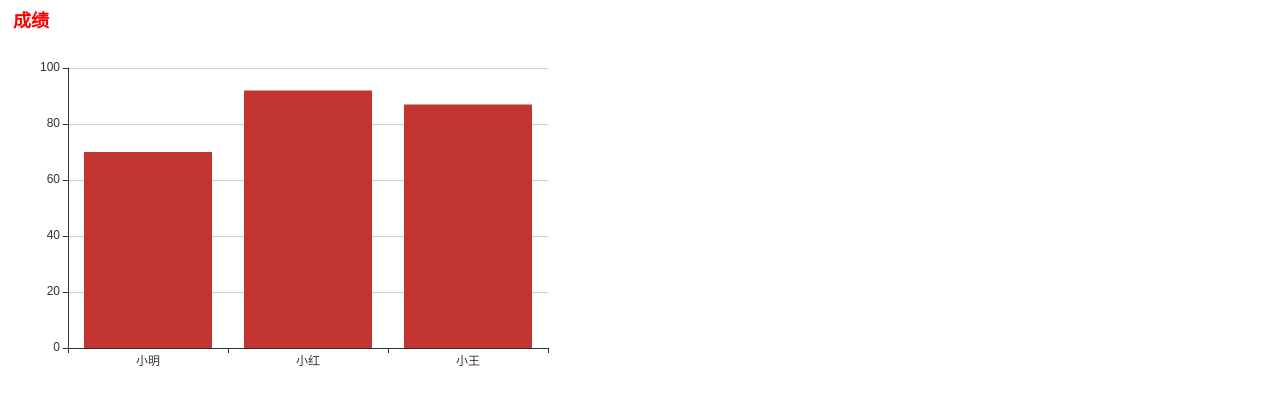
Repository: 572031690/echartssimple
Page: 02.配置项的讲解和使用.html
These files come from the project's save history. The page is drawn as it stood at one moment and after the next save; the edit follows.
The browser window is 1280 px wide. The pictures show the whole page.

Above is the page before, as saved 2021-08-02 17:05:43.

### 02.配置项的讲解和使用.html
<!DOCTYPE html>
<html lang="en">

<head>
  <meta charset="UTF-8">
  <meta name="viewport" content="width=device-width, initial-scale=1.0">
  <meta http-equiv="X-UA-Compatible" content="ie=edge">
  <title>Document</title>
  <!-- 步骤1：引入echarts.js文件 -->
  <script src="lib/echarts.min.js"></script>
</head>

<body>
  <!-- 步骤2：准备一个呈现图表的盒子 -->
  <div style="width: 600px;height: 400px"></div>
  <script>
    // 步骤3：初始化echarts实例对象
    // 参数, dom,决定图表最终呈现的位置
    var mCharts = echarts.init(document.querySelector('div'))
    // 步骤4：准备配置项
    var option = {
      title: {
        text: '成绩', // 标题文字
        link: 'http://www.itcast.cn', // 标题超链接
        textStyle: { // 标题样式设置
          color: 'red' // 标题文字
        }
      },
      xAxis: {
        type: 'category',  // 指明x轴为 类目轴
        data: ['小明', '小红', '小王'] // 为类目轴提供数据, 该数据是一个数组, 数组中的每个元素会呈现在x轴上
      },
      yAxis: {
        type: 'value'  // 指明x轴为 数值轴, 指明数值轴之后, 无需指定data
      },
      series: [
        {
          emphasis: {
        color: 'blue'
      },
          name: '语文', // 为图标起一个名称
          type: 'bar', // 指明该图标类型为 柱状图
          data: [70, 92, 87] // 为x轴的每一个元素, 指明呈现在y轴的数值
        }
      ]
    }
    // 步骤5：将配置项设置给echarts实例对象
    mCharts.setOption(option)
  </script>
</body>

</html>

Loaded but not shown: lib/echarts.min.js (library)

After the next save:
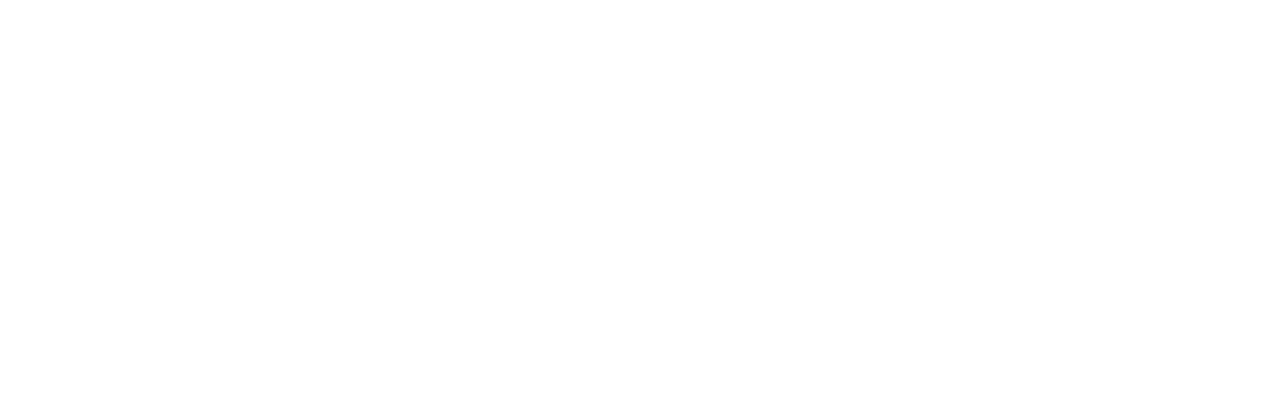
Console error: SyntaxError: Unexpected token ':'
Saved 95 s later.
--- a/02.配置项的讲解和使用.html
+++ b/02.配置项的讲解和使用.html
@@ -34,10 +34,15 @@
         type: 'value'  // 指明x轴为 数值轴, 指明数值轴之后, 无需指定data
       },
       series: [
-        {
-          emphasis: {
-        color: 'blue'
-      },
+      itemStyle: {
+                    normal: { /
+                        color:  'red',
+                    },
+                    emphasis: {
+                        color:  'red',
+                    }
+                },
+
           name: '语文', // 为图标起一个名称
           type: 'bar', // 指明该图标类型为 柱状图
           data: [70, 92, 87] // 为x轴的每一个元素, 指明呈现在y轴的数值

After the save that followed:
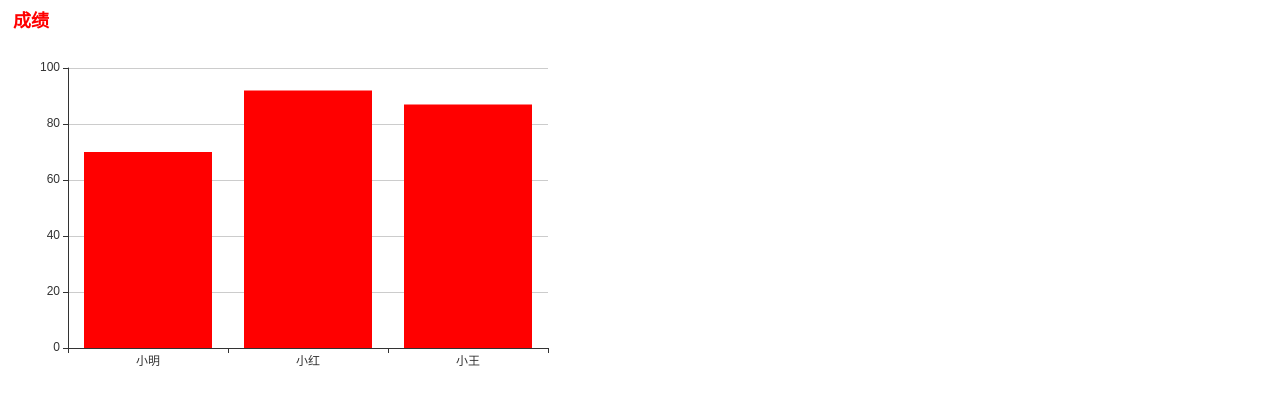
The error is gone.
Saved 24 s later.
--- a/02.配置项的讲解和使用.html
+++ b/02.配置项的讲解和使用.html
@@ -1,57 +1,56 @@
 <!DOCTYPE html>
 <html lang="en">
+  <head>
+    <meta charset="UTF-8" />
+    <meta name="viewport" content="width=device-width, initial-scale=1.0" />
+    <meta http-equiv="X-UA-Compatible" content="ie=edge" />
+    <title>Document</title>
+    <!-- 步骤1：引入echarts.js文件 -->
+    <script src="lib/echarts.min.js"></script>
+  </head>
 
-<head>
-  <meta charset="UTF-8">
-  <meta name="viewport" content="width=device-width, initial-scale=1.0">
-  <meta http-equiv="X-UA-Compatible" content="ie=edge">
-  <title>Document</title>
-  <!-- 步骤1：引入echarts.js文件 -->
-  <script src="lib/echarts.min.js"></script>
-</head>
+  <body>
+    <!-- 步骤2：准备一个呈现图表的盒子 -->
+    <div style="width: 600px; height: 400px"></div>
+    <script>
+      // 步骤3：初始化echarts实例对象
+      // 参数, dom,决定图表最终呈现的位置
+      var mCharts = echarts.init(document.querySelector('div'))
+      // 步骤4：准备配置项
+      var option = {
+        title: {
+          text: '成绩', // 标题文字
+          link: 'http://www.itcast.cn', // 标题超链接
+          textStyle: { // 标题样式设置
+            color: 'red' // 标题文字
+          }
+        },
+        xAxis: {
+          type: 'category',  // 指明x轴为 类目轴
+          data: ['小明', '小红', '小王'] // 为类目轴提供数据, 该数据是一个数组, 数组中的每个元素会呈现在x轴上
+        },
+        yAxis: {
+          type: 'value'  // 指明x轴为 数值轴, 指明数值轴之后, 无需指定data
+        },
+        series: [
+          {
+        itemStyle: {
+                      normal: {
+                          color:  'red',
+                      },
+                      emphasis: {
+                          color:  'red',
+                      }
+                  },
 
-<body>
-  <!-- 步骤2：准备一个呈现图表的盒子 -->
-  <div style="width: 600px;height: 400px"></div>
-  <script>
-    // 步骤3：初始化echarts实例对象
-    // 参数, dom,决定图表最终呈现的位置
-    var mCharts = echarts.init(document.querySelector('div'))
-    // 步骤4：准备配置项
-    var option = {
-      title: {
-        text: '成绩', // 标题文字
-        link: 'http://www.itcast.cn', // 标题超链接
-        textStyle: { // 标题样式设置
-          color: 'red' // 标题文字
-        }
-      },
-      xAxis: {
-        type: 'category',  // 指明x轴为 类目轴
-        data: ['小明', '小红', '小王'] // 为类目轴提供数据, 该数据是一个数组, 数组中的每个元素会呈现在x轴上
-      },
-      yAxis: {
-        type: 'value'  // 指明x轴为 数值轴, 指明数值轴之后, 无需指定data
-      },
-      series: [
-      itemStyle: {
-                    normal: { /
-                        color:  'red',
-                    },
-                    emphasis: {
-                        color:  'red',
-                    }
-                },
-
-          name: '语文', // 为图标起一个名称
-          type: 'bar', // 指明该图标类型为 柱状图
-          data: [70, 92, 87] // 为x轴的每一个元素, 指明呈现在y轴的数值
-        }
-      ]
-    }
-    // 步骤5：将配置项设置给echarts实例对象
-    mCharts.setOption(option)
-  </script>
-</body>
-
+            name: '语文', // 为图标起一个名称
+            type: 'bar', // 指明该图标类型为 柱状图
+            data: [70, 92, 87] // 为x轴的每一个元素, 指明呈现在y轴的数值
+          }
+        ]
+      }
+      // 步骤5：将配置项设置给echarts实例对象
+      mCharts.setOption(option)
+    </script>
+  </body>
 </html>
